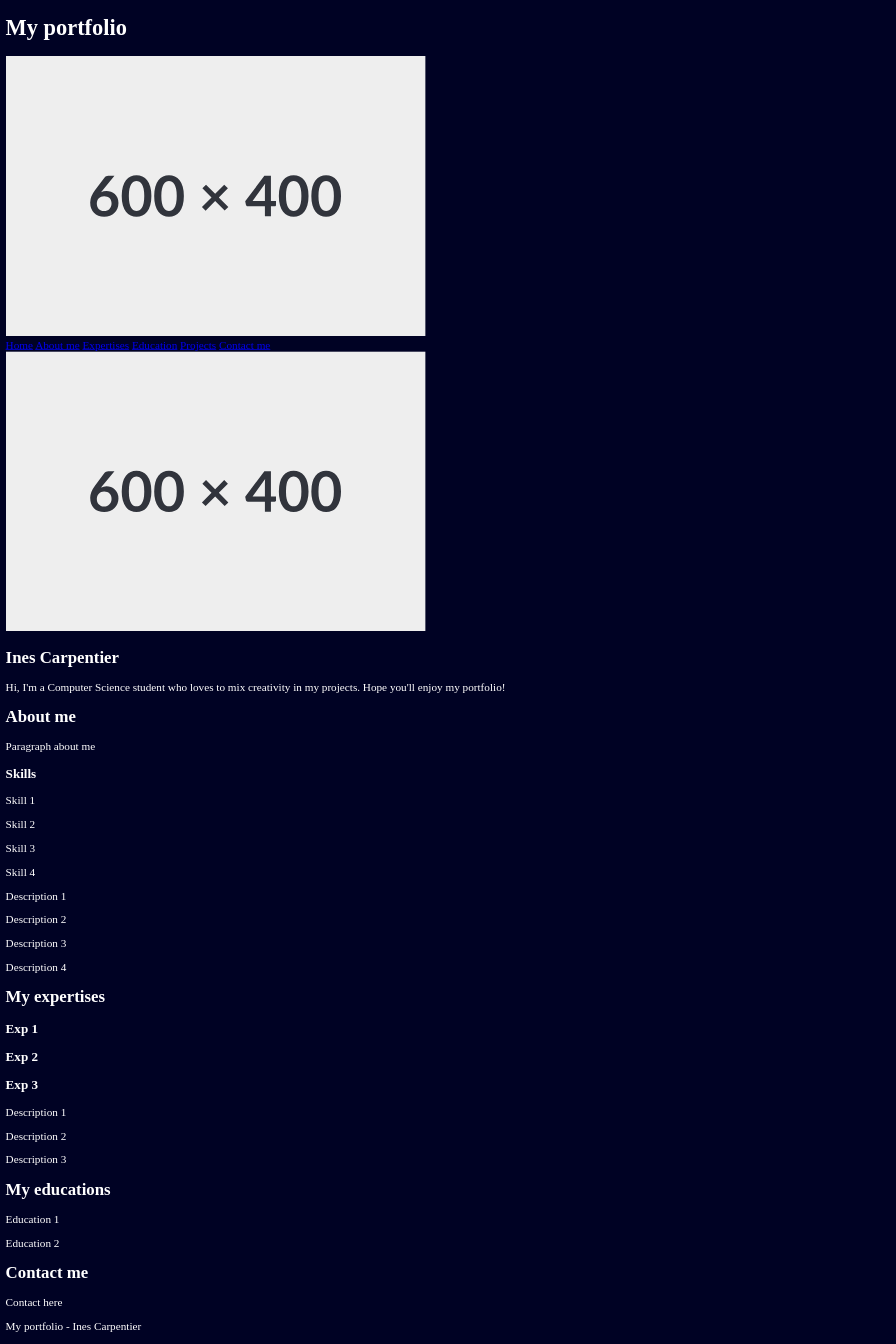
Repository: InsCarp/InsCarp
Page: index.html
These files come from the project's save history. The page is drawn as it stood at one moment and after the next save; the edit follows.
The browser window is 1280 px wide. The pictures show the whole page, at 70% of full size.

Above is the page before, as saved 2026-04-22 10:10:59.

### index.html
<!DOCTYPE html>
<html lang="en">
<head>
    <meta charset="UTF-8">
    <meta name="viewport" content="width=device-width, initial-scale=1.0">
    <link rel="icon" href="/assets/images/Logo.png" type="image/png" />
    <link rel="stylesheet" href="/styles/globals.css" type="text/css"/>
    <link rel="stylesheet" href="/styles/index.css" type="text/css"/>

    <title>Portfolio - Ines Carpentier</title>
</head>
<header>
    <h1 id="Title">My portfolio</h1>
    <img src="/assets/images/placeholder.svg" alt="My image"/>
    <nav>
        <a href="index.html">Home</a>
        <a href="#About">About me</a>
        <a href="#Expertises">Expertises</a>
        <a href="#Education">Education</a>
        <a href="project.html">Projects</a> <!--Put my project page here-->
        <a href="#Contact">Contact me</a>
    </nav>
</header>
<body>
    <div class="Intro">
        <article>
            <img src="/assets/images/placeholder.svg" alt="Me in a circle placeholder"/>
        </article>
        <article>
            <h2>Ines Carpentier</h2>
            <p>Hi, I'm a Computer Science student who loves to mix creativity in my projects.
                Hope you'll enjoy my portfolio!</p>
        </article>
    </div>
    <div class="About">
        <h2 id="About">About me</h2>
        <p>Paragraph about me</p>
        <h3>Skills</h3>
        <article>
            <p>Skill 1</p>
            <p>Skill 2</p>
            <p>Skill 3</p>
            <p>Skill 4</p>
        </article>
        <article>
            <p>Description 1</p>
            <p>Description 2</p>
            <p>Description 3</p>
            <P>Description 4</P>
        </article>
    </div>
    <div class="Exp">
        <h2 id="Expertises">My expertises</h2>
        <article>
            <h3>Exp 1</h3>
            <h3>Exp 2</h3>
            <h3>Exp 3</h3>
        </article>
        <article>
            <p>Description 1</p>
            <p>Description 2</p>
            <p>Description 3</p>
        </article>
    </div>
    <div class="Education">
        <h2 id="Education">My educations</h2>
        <p>Education 1</p>
        <p>Education 2</p>
    </div>
    <div class="Contact">
        <h2 id="Contact">Contact me</h2>
        <p>Contact here</p>
    </div>
</body>
<footer>
    <p>My portfolio - Ines Carpentier</p>
</footer>
</html>

### styles/globals.css
body{
    background-color:rgb(0, 2, 36);
    color:rgb(255, 255, 255);
}

Loaded but not shown: styles/index.css (no copy from this time; the picture is the same without it)

After the next save:
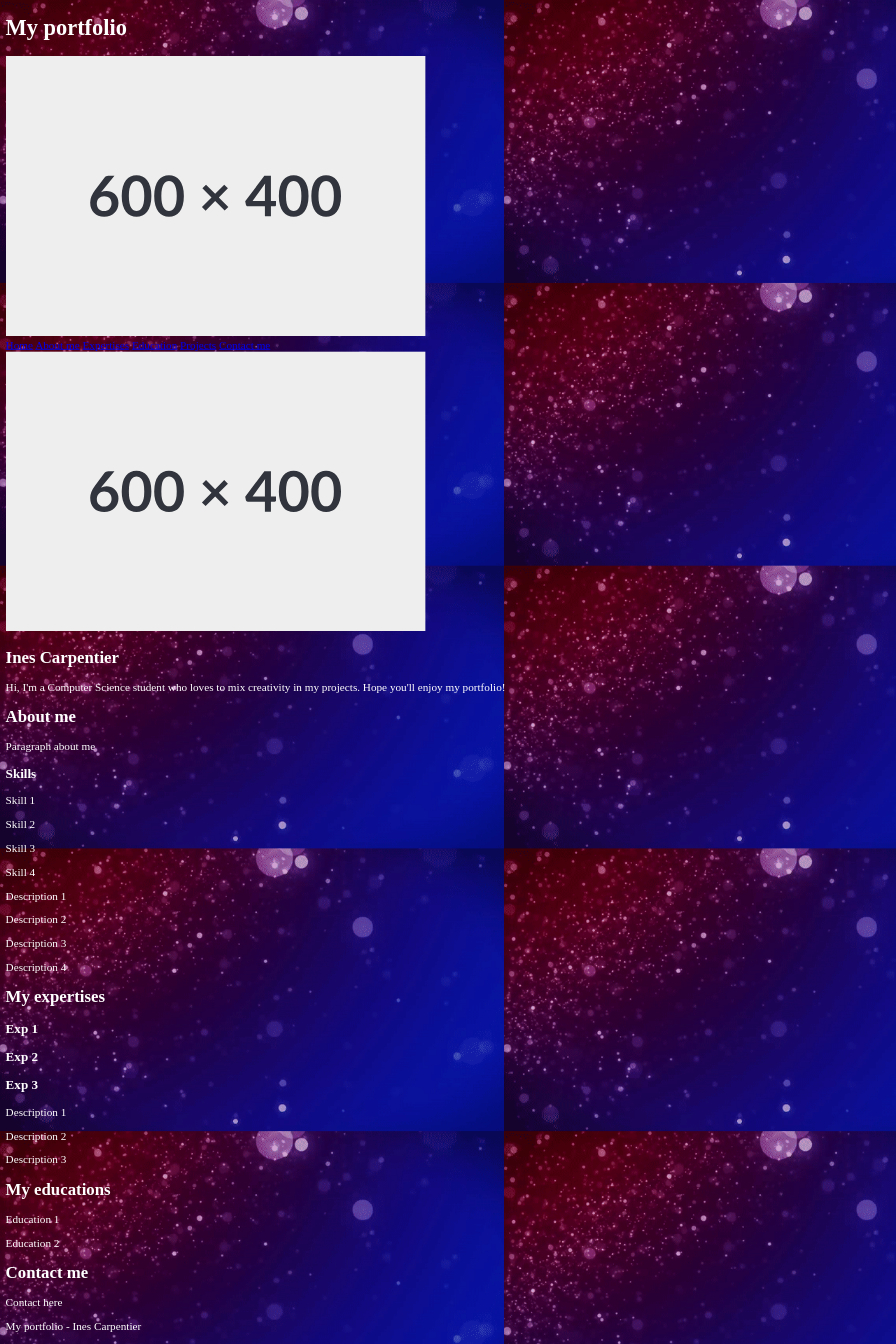
Saved 5 min 43 s later.
--- a/styles/globals.css
+++ b/styles/globals.css
@@ -1,4 +1,5 @@
 body{
     background-color:rgb(0, 2, 36);
     color:rgb(255, 255, 255);
+    background-image: url(../assets/images/ENpm3c.gif);
 }

After the 2 saves that followed:
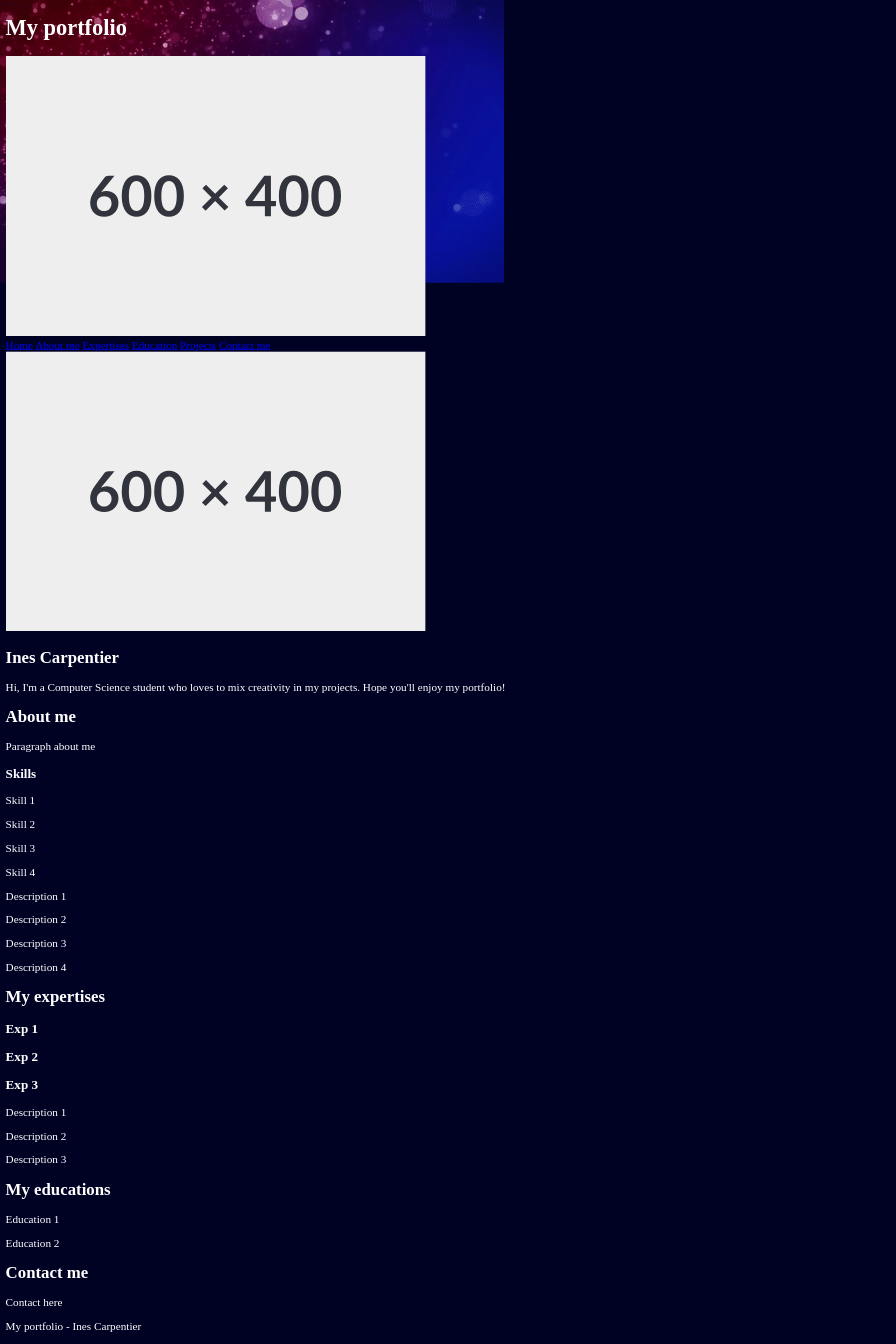
The 2 saves are shown as one change because 1 left the picture as it was.
The last was saved 25 s later.
--- a/styles/globals.css
+++ b/styles/globals.css
@@ -2,4 +2,6 @@
     background-color:rgb(0, 2, 36);
     color:rgb(255, 255, 255);
     background-image: url(../assets/images/ENpm3c.gif);
+    background-position: cover;
+    background-repeat: no-repeat;
 }
